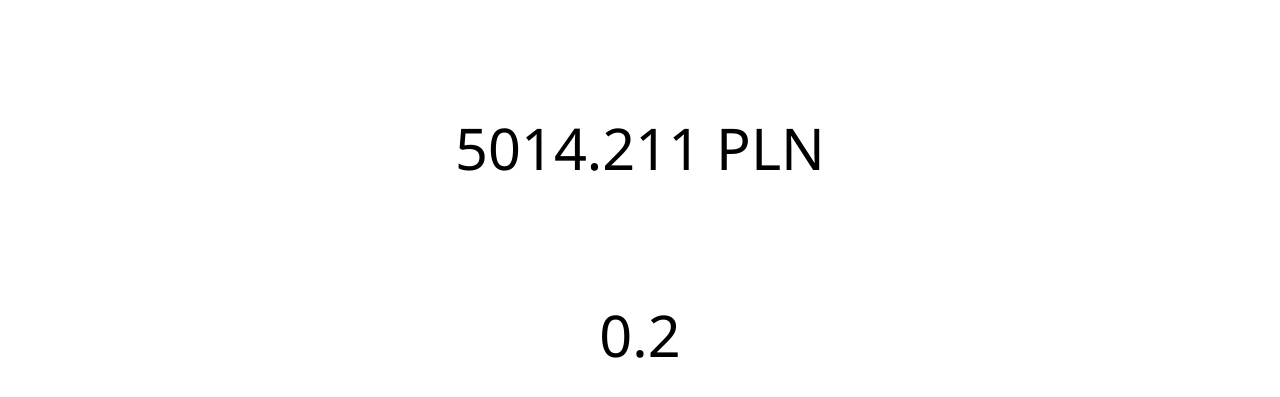
Repository: michalgornicki/bitcoin-virtual
Page: /
These files come from the project's save history. The page is drawn as it stood at one moment and after the next save; the edit follows.
The browser window is 1280 px wide. The pictures show the whole page.
The project was rebuilt for these pictures with package versions that can differ from the ones it lists, and the page was loaded fresh each time.

Above is the page before, as saved 2021-12-05 20:51:56.

### src/App.jsx
import React, { useState, useEffect } from 'react';
import './App.css';

function App() {

const [bitcoinPrice, setBitcoinPrice] = useState(5000);
const [plnPrice, setPlnPrice] = useState(1);


const bitcoin = () => {
  let randomNumber = parseFloat((Math.random()*20 - 10).toFixed(3));
  setBitcoinPrice((bitcoinPrice) => parseFloat((bitcoinPrice + randomNumber).toFixed(3)));
  console.log(bitcoinPrice);
  setTimeout(bitcoin, 1000);
}

const pln = () => {
  setPlnPrice(plnPrice => 1000/bitcoinPrice);
  setTimeout(pln, 1000);
}


useEffect(() => {
  bitcoin();
  pln();
}, []);

  return (
    <p>
      <div className="price">{bitcoinPrice} PLN</div>
      <div className="price">{plnPrice}</div>
    </p>
  );
}

export default App;

### src/App.css
body{
    font-family:'Segoe UI', Tahoma, Geneva, Verdana, sans-serif;
}

.price{
    font-size: 8vmin;
    display: block;
    margin: auto;
    margin-top: 15vmin;
    text-align: center;
    width: 30%;
}

Loaded but not shown: public/index.html (common file); src/index.js (common file); src/index.css (common file); src/reportWebVitals.js (common file)

After the next save:
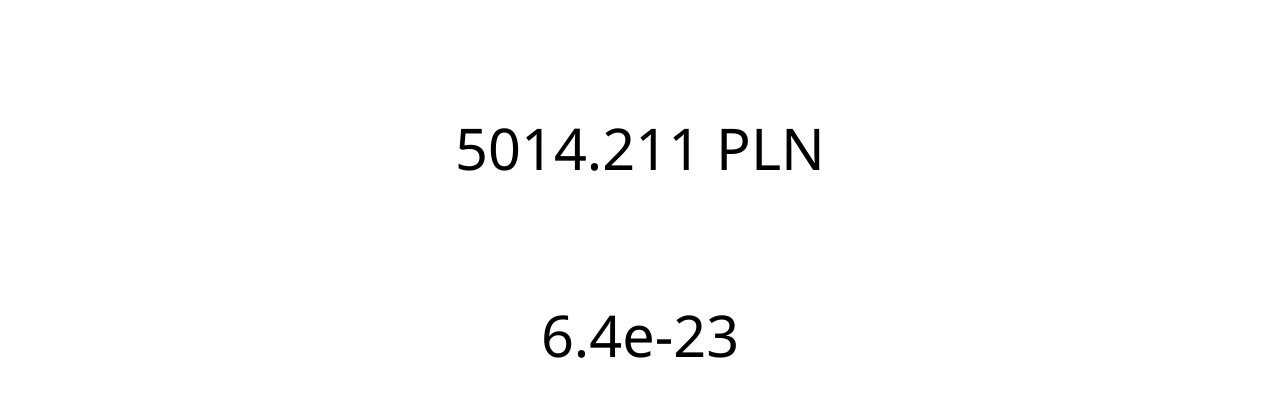
Saved 9 s later.
--- a/src/App.jsx
+++ b/src/App.jsx
@@ -15,7 +15,7 @@ const bitcoin = () => {
 }
 
 const pln = () => {
-  setPlnPrice(plnPrice => 1000/bitcoinPrice);
+  setPlnPrice(plnPrice => plnPrice/bitcoinPrice);
   setTimeout(pln, 1000);
 }
 
